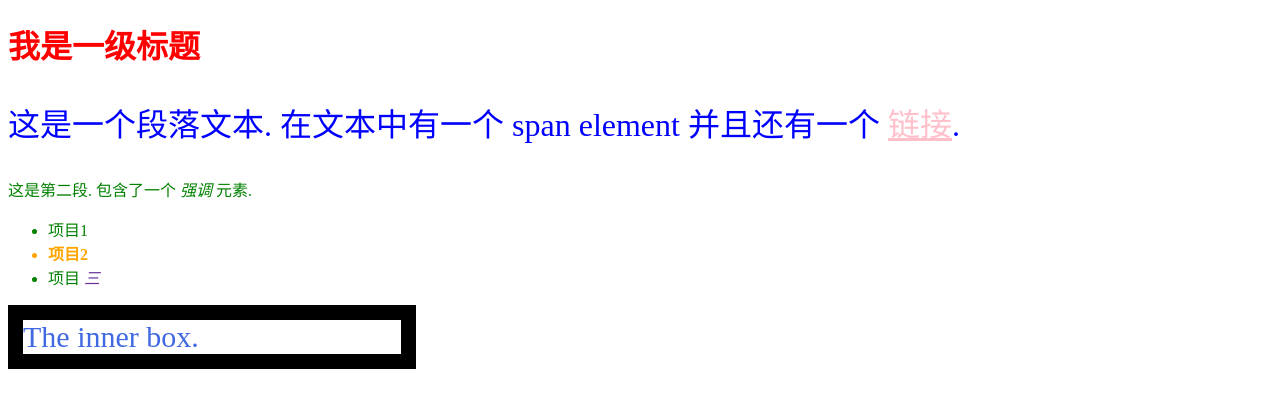
Repository: Valhally/web-projects
Page: sample-site/index.html
The author's editor kept a copy of each file at every save. The page is drawn from the files as they stood at one save, then again after the next save.
The browser window is 1280 px wide. The pictures show the whole page.

Above is the page before, as saved 2021-08-10 21:45:07.

### sample-site/index.html
<!doctype html>
<html lang="zh-CN">
<head>
    <meta charset="utf-8">
    <title>开始学习CSS</title>
    <link rel = "stylesheet" href = "resources/styles.css">
</head>

<body>

    <h1>我是一级标题</h1>

    <p>这是一个段落文本. 在文本中有一个 <span>span element</span>
并且还有一个 <a href="http://example.com">链接</a>.</p>

    <p>这是第二段. 包含了一个 <em>强调</em> 元素.</p>

    <ul>
        <li>项目1</li>
        <li class = "special">项目2</li>
        <li>项目 <em>三</em></li>
    </ul>

    <div class="outer">
        <div class="inner">
            The inner box.
        </div>
    </div>

</body>

</html>

### sample-site/resources/styles.css
h1 {
    color: red;
}

p, li {
    color: green;
}

li {
    list-style-type: disc;
}

li.special {
    color: orange;
    font-weight: bold;
}

li em {
    color: rebeccapurple;
}

h1 + p {
    font-size: 200%;
    color: blue;
}

a:link {
    color: pink;
}
a:visited {
    color: green;
}
a:hover {
    text-decoration: none;
}

.inner {
    font-size: 30px;
    width: 10cm;
    color: royalblue;
    /*background-color: red; */
    border: 4mm solid black ;
}

After the next save:
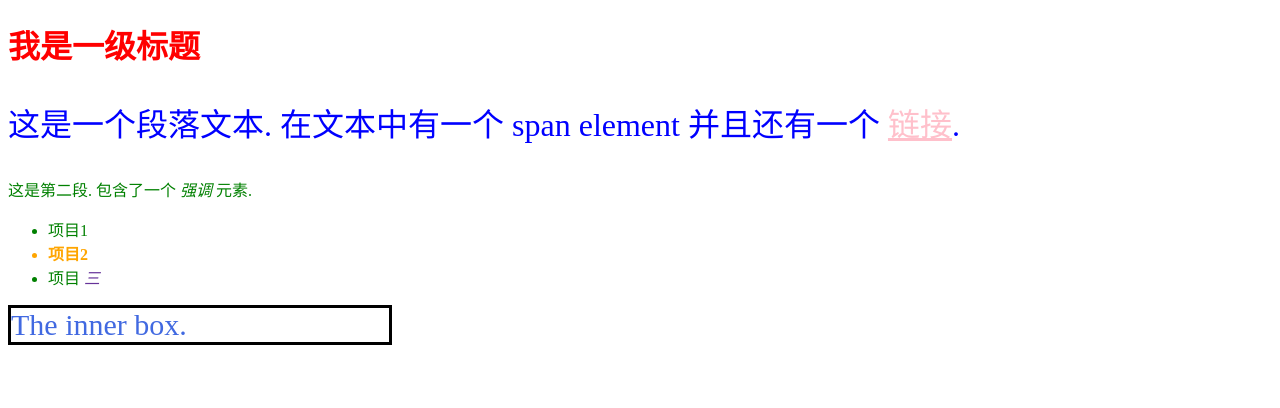
Saved 7 s later.
--- a/sample-site/resources/styles.css
+++ b/sample-site/resources/styles.css
@@ -39,5 +39,5 @@
     width: 10cm;
     color: royalblue;
     /*background-color: red; */
-    border: 4mm solid black ;
+    border: 1mm solid black ;
 }
